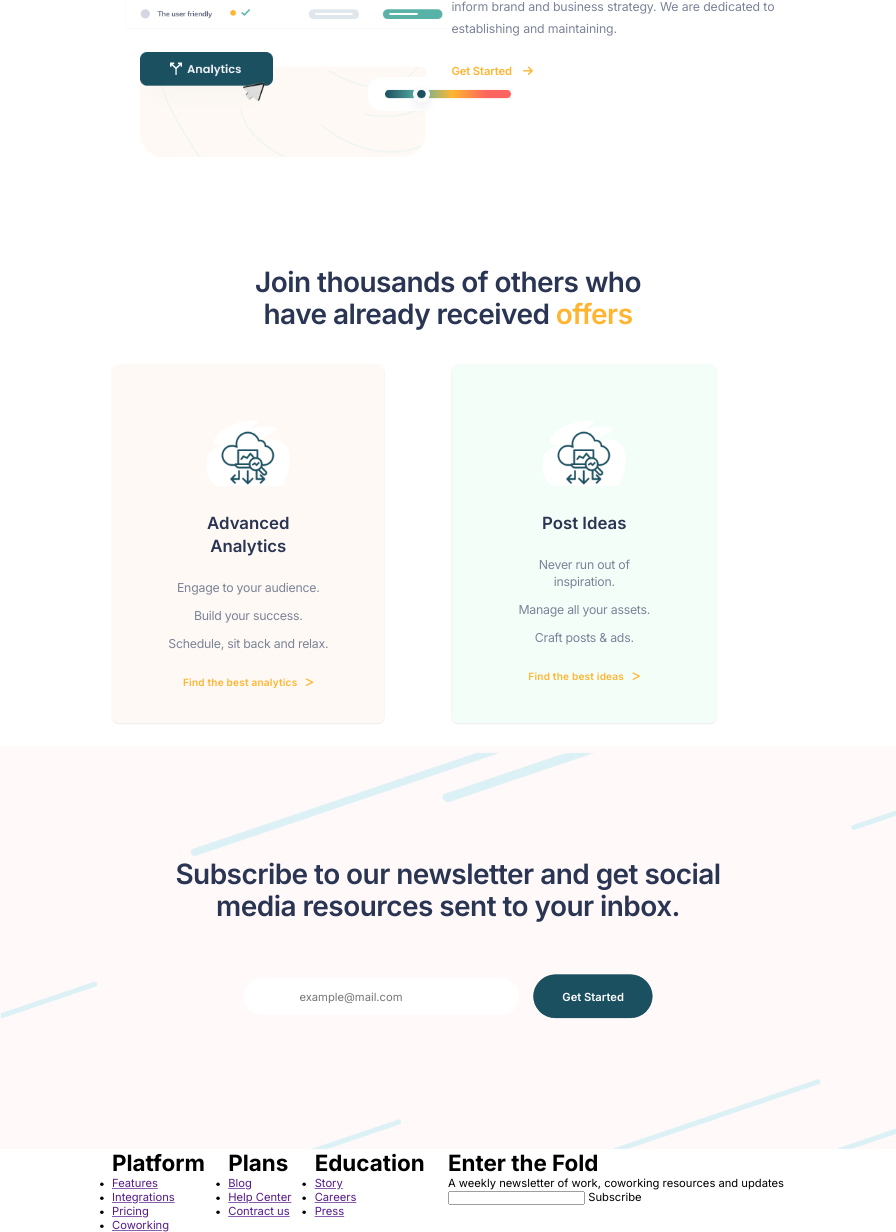
Repository: badhon252/Clickbay
Page: index.html
These files come from the project's save history. The page is drawn as it stood at one moment and after the next save; the edit follows.
The browser window is 1280 px wide. The pictures show the part of the page from y = 2496 to 4416 px (the page is 4256 px tall before and 4416 px after), at 70% of full size.
The style sheet was rebuilt from its Sass, Less or Tailwind sources for each picture, by a compiler version that may differ from the author's.

Above is the page before, as saved 2022-09-05 19:29:21.

After the next save:
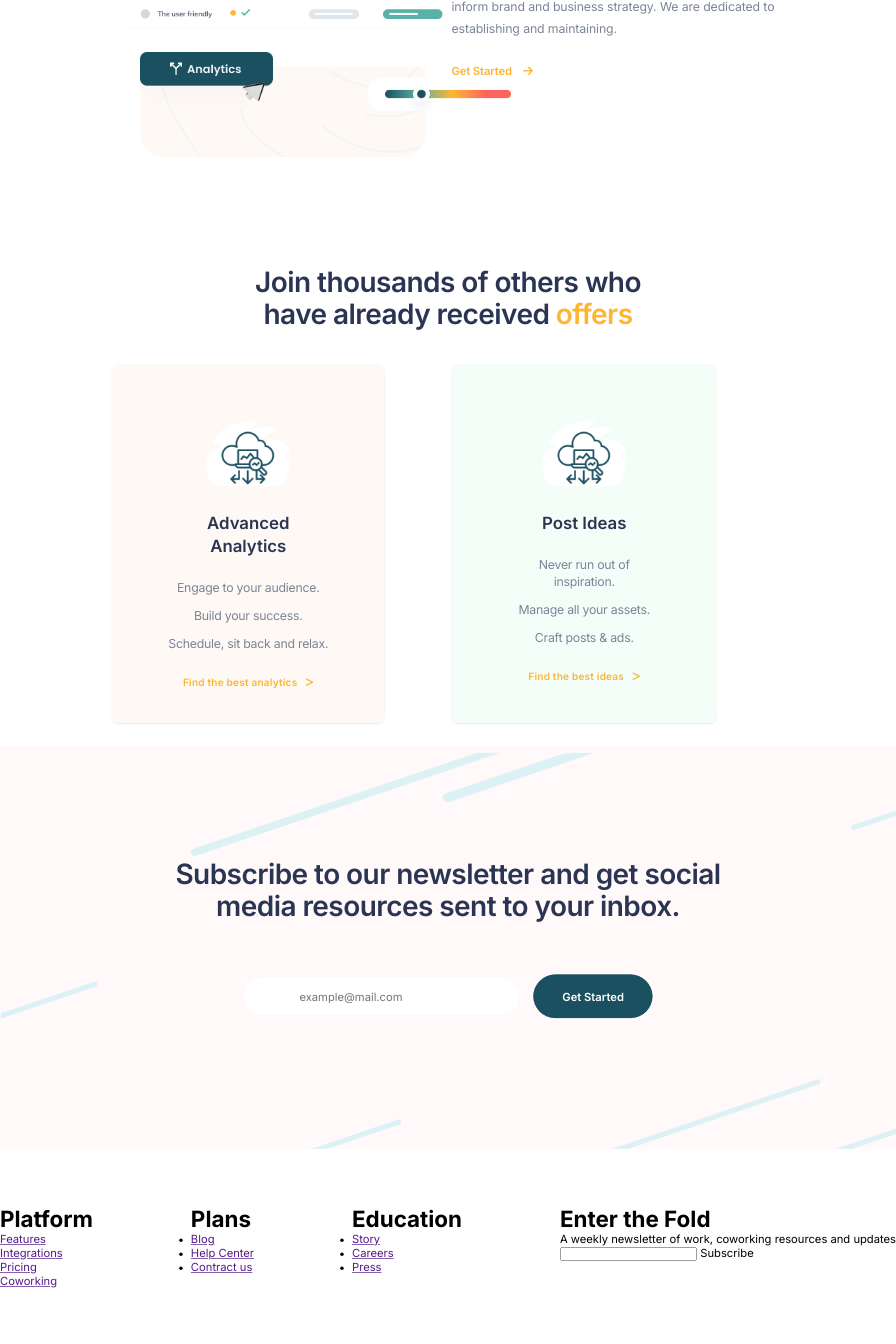
Saved 16 s later.
--- a/index.html
+++ b/index.html
@@ -176,7 +176,7 @@
         </div>
     </section>
 
-    <footer class="container my-6">
+    <footer class="container my-5">
         <div class="row">
             <div class="col-md-3">
                 <ul>

After the save that followed:
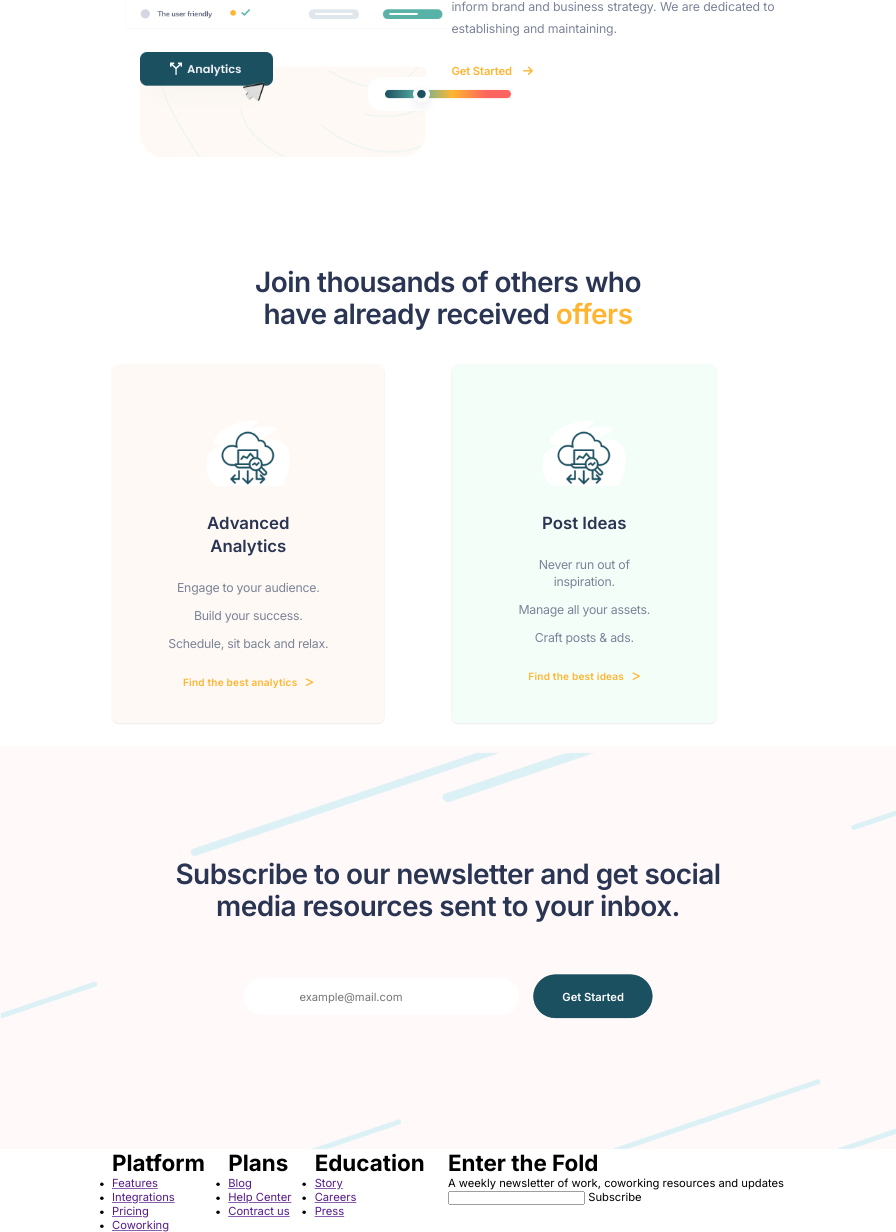
Saved 12 s later.
--- a/index.html
+++ b/index.html
@@ -176,7 +176,7 @@
         </div>
     </section>
 
-    <footer class="container my-5">
+    <footer class="container">
         <div class="row">
             <div class="col-md-3">
                 <ul>
